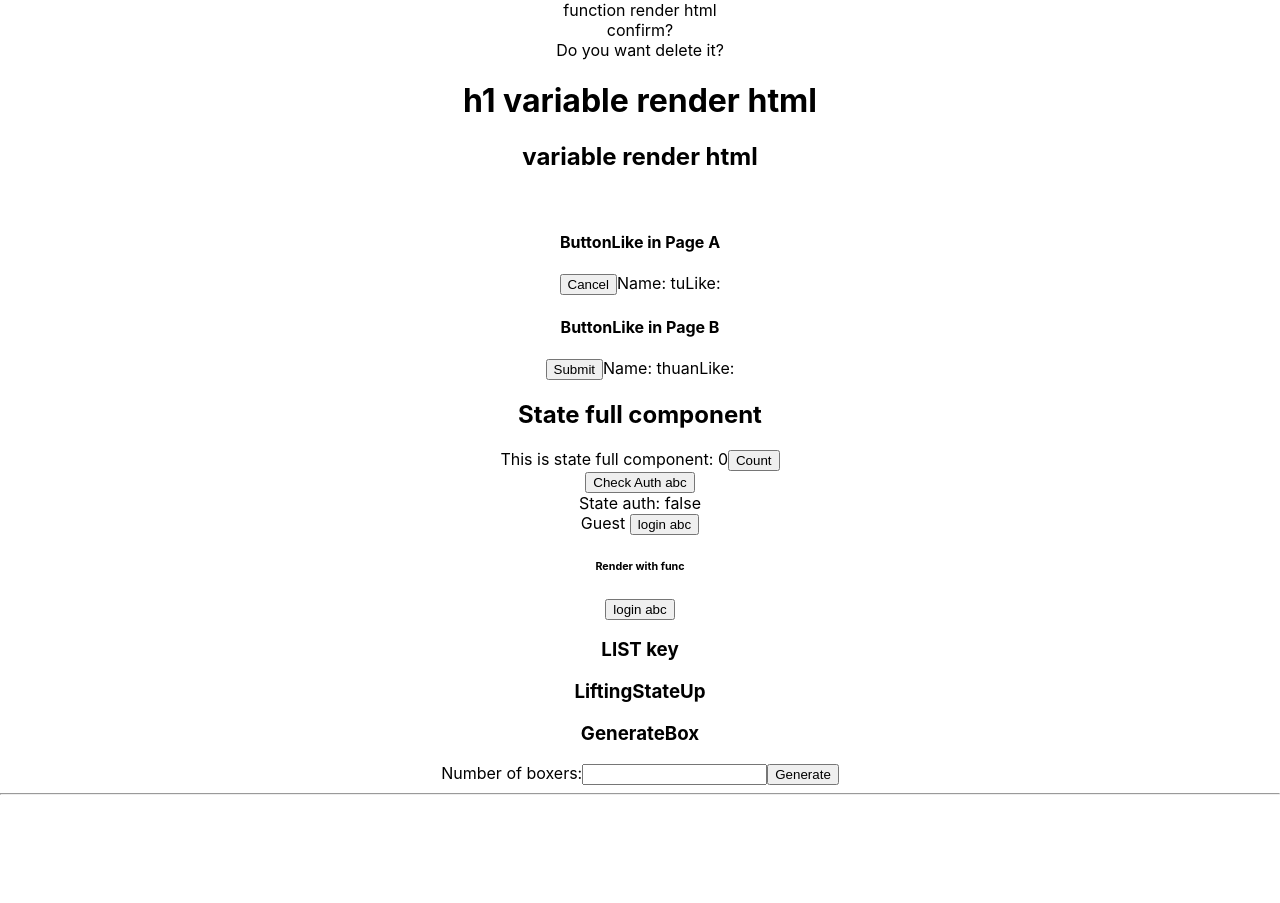
Repository: HoangTu18/reactjs-exercise
Page: /
The author's editor kept a copy of each file at every save. The page is drawn from the files as they stood at one save, then again after the next save.
The browser window is 1280 px wide. The pictures show the whole page.
The project was rebuilt for these pictures with package versions that can differ from the ones it lists, and the page was loaded fresh each time. Also part of the build but not shown: src/pages/StateObject.jsx, src/components/TodoItem.jsx, src/components/TodoList.jsx, src/exercise/LiftingStateUp.jsx.

Above is the page before, as saved 2022-05-28 17:10:34.

After the next save:
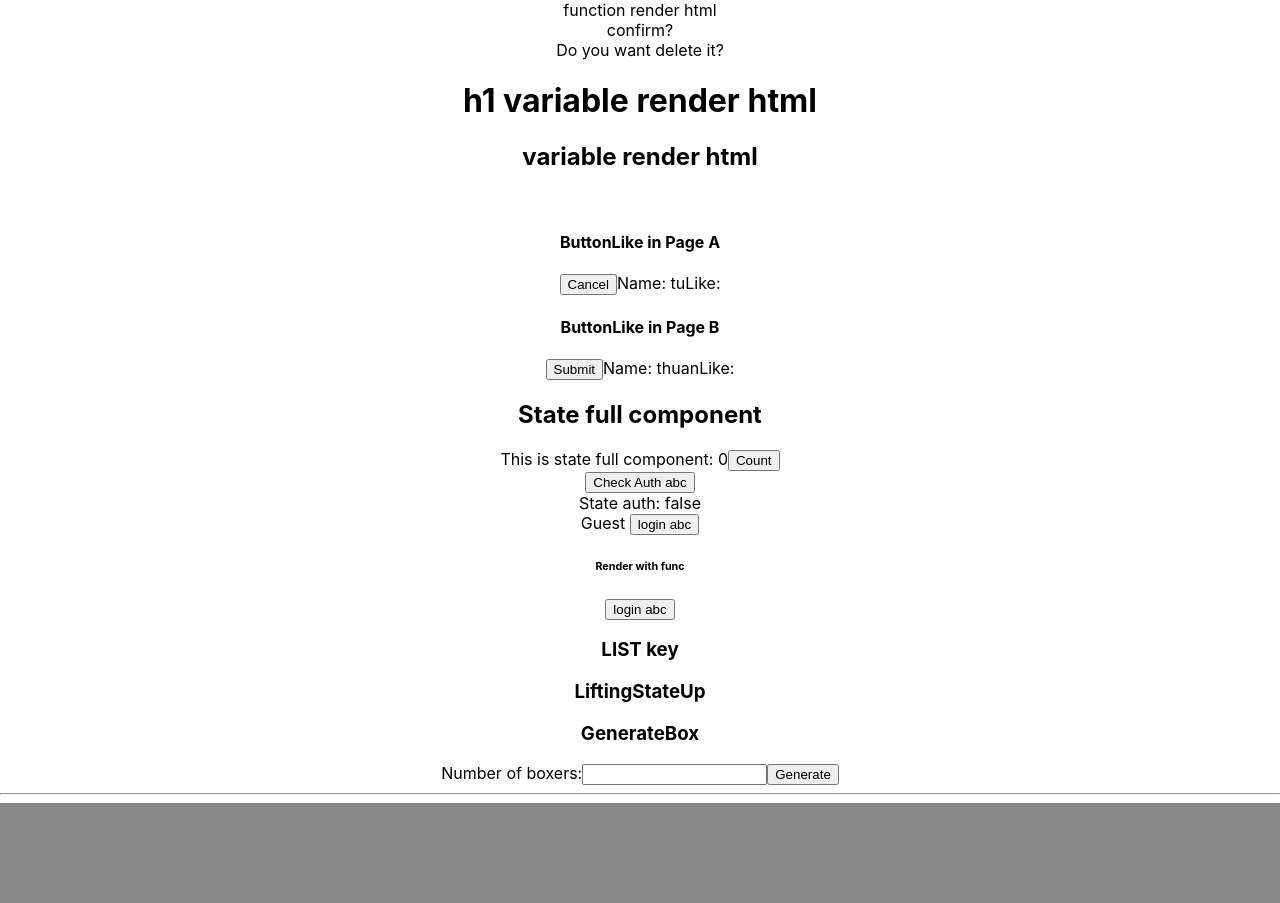
Saved 14 s later.
--- a/src/components/GenerateBox/GenerateBoxItem.jsx
+++ b/src/components/GenerateBox/GenerateBoxItem.jsx
@@ -7,7 +7,7 @@ function GenerateBoxItem(props) {
       <input type="number" />
       <button>Generate</button>
       <hr />
-      <div style={{ padding: "50px", color: "#888" }}></div>
+      <div style={{ padding: "50px", backgroundColor: "#888" }}></div>
     </div>
   );
 }
